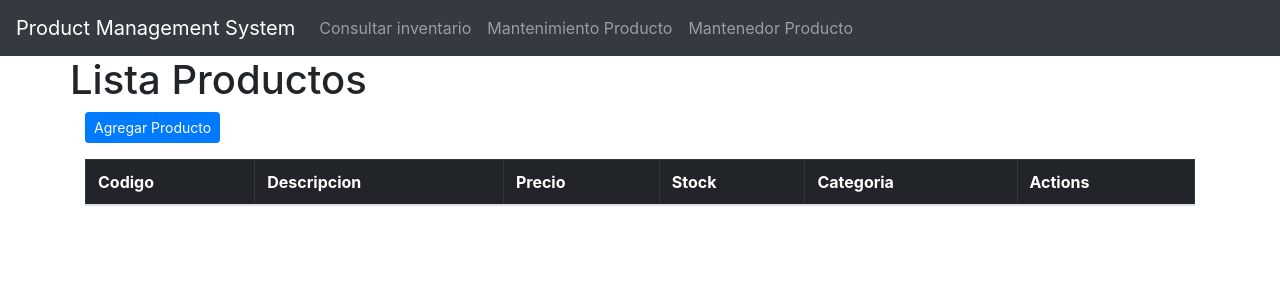
Repository: cartulina68/LP2_Examen2_Rosas
Page: http://localhost/producto/index
These files come from the project's save history. The page is drawn as it stood at one moment and after the next save; the edit follows.
The browser window is 1280 px wide. The pictures show the whole page.
The page is this project's Thymeleaf template; nobody is signed in. The template is opened directly, without the code that normally fills it, so the values that code supplies are empty.

Above is the page before, as saved 2024-10-11 22:57:52.

### Spring/BD_T2_Inventario/src/main/resources/templates/producto/index.html
<html xmlns:th="http://www.thymeleaf.org">
    <head>
        <meta charset="ISO-8859-1">
        <title>Product Management System</title>
        <link rel="stylesheet"
              href="https://maxcdn.bootstrapcdn.com/bootstrap/4.0.0/css/bootstrap.min.css"
              integrity="sha384-Gn5384xqQ1aoWXA+058RXPxPg6fy4IWvTNh0E263XmFcJlSAwiGgFAW/dAiS6JXm"
              crossorigin="anonymous">
    </head>
    <body>
        <nav class="navbar navbar-expand-md bg-dark navbar-dark">
            <!-- Brand -->
            <a class="navbar-brand" href="#">Product Management System</a>

            <!-- Toggler/Collapse Button -->
            <button class="navbar-toggler" type="button" data-toggle="collapse" data-target="#collapsibleNavbar">
                <span class="navbar-toggler-icon"></span>
            </button>

            <!-- Navbar links -->
            <div class="collapse navbar-collapse" id="collapsibleNavbar">
                <ul class="navbar-nav">
                    <li class="nav-item">
                        <a class="nav-link" th:href="@{/inventario/}">Consultar inventario</a>
                    </li>
                    <li class="nav-item">
                        <a class="nav-link" th:href="@{/producto/}">Mantenimiento Producto</a>
                    </li>
                    <li class="nav-item">
                        <a class="nav-link" th:href="@{/producto/}">Mantenedor Producto</a>
                    </li>
                </ul>
            </div>
        </nav>
        <div class="container">
            <div class="row">
                <h1>Lista Productos</h1>
            </div>

            <div class="row">
                <div class="col-lg-3">

                    <a th:href="@{/producto/new}" class="btn btn-primary btn-sm mb-3">Agregar Producto</a>
                </div>
            </div>

            <table class="table table-striped table-bordered">
                <thead class="table-dark">
                    <tr>
                        <th>Codigo</th>
                        <th>Descripcion</th>
                        <th>Precio</th>
                        <th>Stock</th>
                        <th>Categoria</th>
                        <th>Actions</th>
                    </tr>
                </thead>
                <tbody>
                    <tr th:each="producto: ${productos}">
                       <td th:text="${producto.idProd}"></td>
                        <td th:text="${producto.descripcion}"></td>
                        <td th:text="${producto.precio}"></td>
                        <td th:text="${producto.stock}"></td>


                         <td>
                            <th:block th:each="producto,iter: ${producto.categoria}">
                                <label th:text="${producto.descripcion}"/>
                                <th:block th:if="${!iter.last}">, </th:block>
                            </th:block>
                        </td>


                        <td>

                            <a th:href="@{/producto/edit/{id}(id=${producto.idProd})}"
                               class="btn btn-primary">Update</a>
                            <a th:href="@{/producto/{id}(id=${producto.idProd})}"
                               class="btn btn-danger">Delete</a>

                        </td>
                </tr>
                </tbody>
            </table>
        </div>

    </body>
</html>

After the next save:
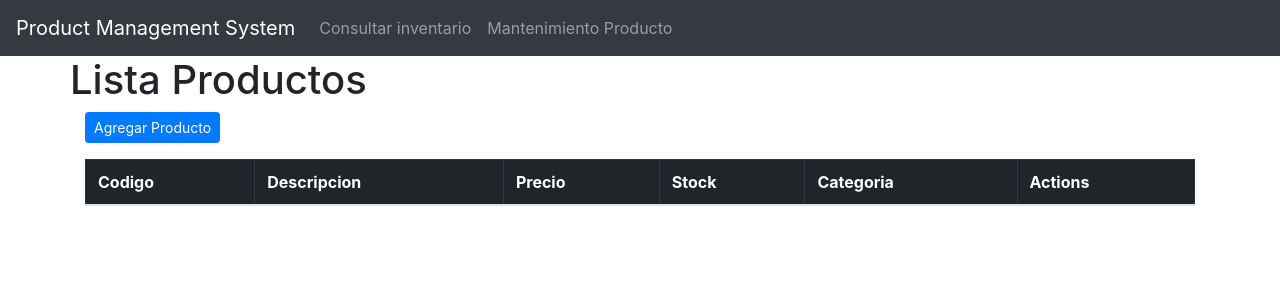
Saved 6 s later.
--- a/Spring/BD_T2_Inventario/src/main/resources/templates/producto/index.html
+++ b/Spring/BD_T2_Inventario/src/main/resources/templates/producto/index.html
@@ -25,9 +25,6 @@
                     </li>
                     <li class="nav-item">
                         <a class="nav-link" th:href="@{/producto/}">Mantenimiento Producto</a>
-                    </li>
-                    <li class="nav-item">
-                        <a class="nav-link" th:href="@{/producto/}">Mantenedor Producto</a>
                     </li>
                 </ul>
             </div>
